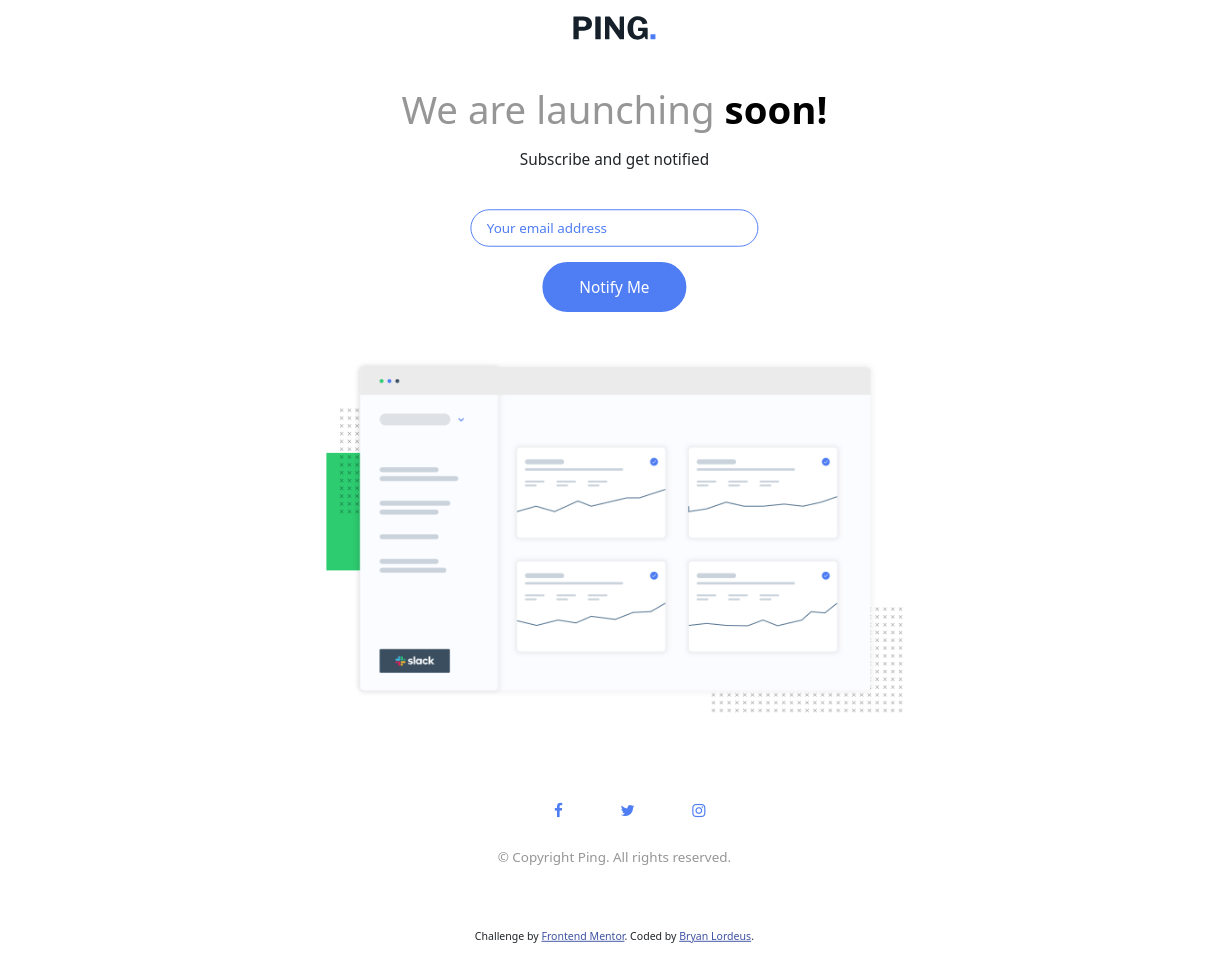
Repository: blordeus/ping-coming-soon-page-master
Page: index.html
These files come from the project's save history. The page is drawn as it stood at one moment and after a run of saves; the edit follows.
The browser window is 1280 px wide. The pictures show the whole page, at 96% of full size.
The style sheet was rebuilt from its Sass, Less or Tailwind sources for each picture, by a compiler version that may differ from the author's.

Above is the page before, as saved 2023-08-31 12:31:07.

### index.html
<!DOCTYPE html>
<html lang="en">
<head>
  <meta charset="UTF-8">
  <meta name="viewport" content="width=device-width, initial-scale=1.0"> <!-- displays site properly based on user's device -->

  <link rel="icon" type="image/png" sizes="32x32" href="./images/favicon-32x32.png">
  <link rel="stylesheet" href="style.css">
  <link href="https://cdn.jsdelivr.net/npm/bootstrap@5.3.1/dist/css/bootstrap.min.css" rel="stylesheet" integrity="sha384-4bw+/aepP/YC94hEpVNVgiZdgIC5+VKNBQNGCHeKRQN+PtmoHDEXuppvnDJzQIu9" crossorigin="anonymous">
  <link rel="stylesheet" href="https://maxcdn.bootstrapcdn.com/font-awesome/4.7.0/css/font-awesome.min.css">

  <title>Frontend Mentor | Ping coming soon page</title>


</head>
<body>
  <main class="text-center my-3 mx-4">
    <header>
      <img class="mb-5" src="./images/logo.svg" alt="logo">
    </header>

    <section>
      <h1 class="gray-color">We are launching <strong class="text-black">soon!</strong></h1>
      <p class="mt-3 mb-4">Subscribe and get notified</p>
    </section>

    <form action="#" class="pt-3">
        <input
        class="rounded-pill px-3"
        type="email"
        placeholder="Your email address"
        id="email"
        autocomplete="off"
        required
        />
        <button type="submit" class="mt-3 rounded-pill text-white ">Notify Me</button>
      </form>

    <section class="showcase">
      <img src="./images/illustration-dashboard.png" alt="dashboard">
    </section>

    <div class="icons">
      <ul>
        <li><i class="fa fa-facebook" aria-hidden="true"></i></li>
        <li><i class="fa fa-twitter" aria-hidden="true"></i></li>
        <li><i class="fa fa-instagram" aria-hidden="true"></i></li>
      </ul>
    </div>

    <p class="gray-color copyright">&copy; Copyright Ping. All rights reserved.</p>

    <footer class="pt-5">
      <p class="attribution">
        Challenge by <a rel="noopener" href="https://www.frontendmentor.io?ref=challenge" target="_blank">Frontend Mentor</a>.
        Coded by <a href="#">Bryan Lordeus</a>.
      </p>
    </footer>
  </main>
  <script src="https://cdn.jsdelivr.net/npm/bootstrap@5.3.1/dist/js/bootstrap.bundle.min.js" integrity="sha384-HwwvtgBNo3bZJJLYd8oVXjrBZt8cqVSpeBNS5n7C8IVInixGAoxmnlMuBnhbgrkm" crossorigin="anonymous"></script>
</body>
</html>

### style.scss
  @import url('https://fonts.googleapis.com/css2?family=Libre+Franklin:wght@300;600;700&display=swap');

:root {
    --very-dark-blue: hsl(209, 33%, 12%);
    --dark-gray: hsl(0, 0%, 59%);
    --blue: hsl(223, 87%, 63%);
    --light-red: hsl(354, 100%, 66%);
    --pale-blue: hsl(223, 100%, 88%);
}

* {
    box-sizing: border-box;
    margin: 0;
    padding: 0;
}

body {
    font-size: 20px;
    font-family: 'Libre Franklin', sans-serif;
    min-height: 100vh;
    display: flex;
    flex-direction: column;
    justify-content: center;
    align-items: center;
}

img {
    max-width: 100%;
}

ul {
    list-style: none;
}

.heading h1 {
    font-weight: 300;
}

.heading h1 span {
    font-weight: 700;
}

form {
    width: 300px;
    margin: auto;
    display: flex;
    flex-direction: column;
    align-items: center;
    justify-content: center;
    position: relative;
}

form input {
    width: 100%;
    padding: 8px;
    font-family: inherit;
    font-size: 14px;
    color: var(--blue);
    border: 1px solid var(--blue);
    outline: none;
}

form input::placeholder {
    color: var(--blue);
}

button {
    width: 300px;
    padding: 8px;
    background-color: var(--blue);
    font-family: inherit;
    border: 2px solid var(--blue);
    transition: background-color 0.4s;
}

button:hover {
    cursor: pointer;
    background-color: transparent;
    color: var(--blue);
}

.gray-color {
    color: var(--dark-gray);
}

.showcase {
    padding: 50px 20px 80px;
}

.icons ul {
    display: flex;
    justify-content: center;
    align-items: center;
}

.icons ul li {
    margin: 0 20px;
    color: var(--blue);
    padding: 10px;
    transition: background-color 0.4s;
}

.icons ul li:hover {
    border-radius: 50%;
    background-color: var(--blue);
    color: white;
}

.copyright {
    font-size: 14px;
}

  .attribution { font-size: 11px; text-align: center; }
  .attribution a { color: hsl(228, 45%, 44%); }

  @media (min-width: 700px) {
    .heading h1 {
        font-size: 36px;
    }

    .heading form {
        width: auto;
    }

    form

    form input, button {
        width: auto;
        padding: 12px 20px;
    }

    button {
        width: 150px;
    }

    .showcase img {
        width: 600px;
    }
  }

After the next 3 saves:
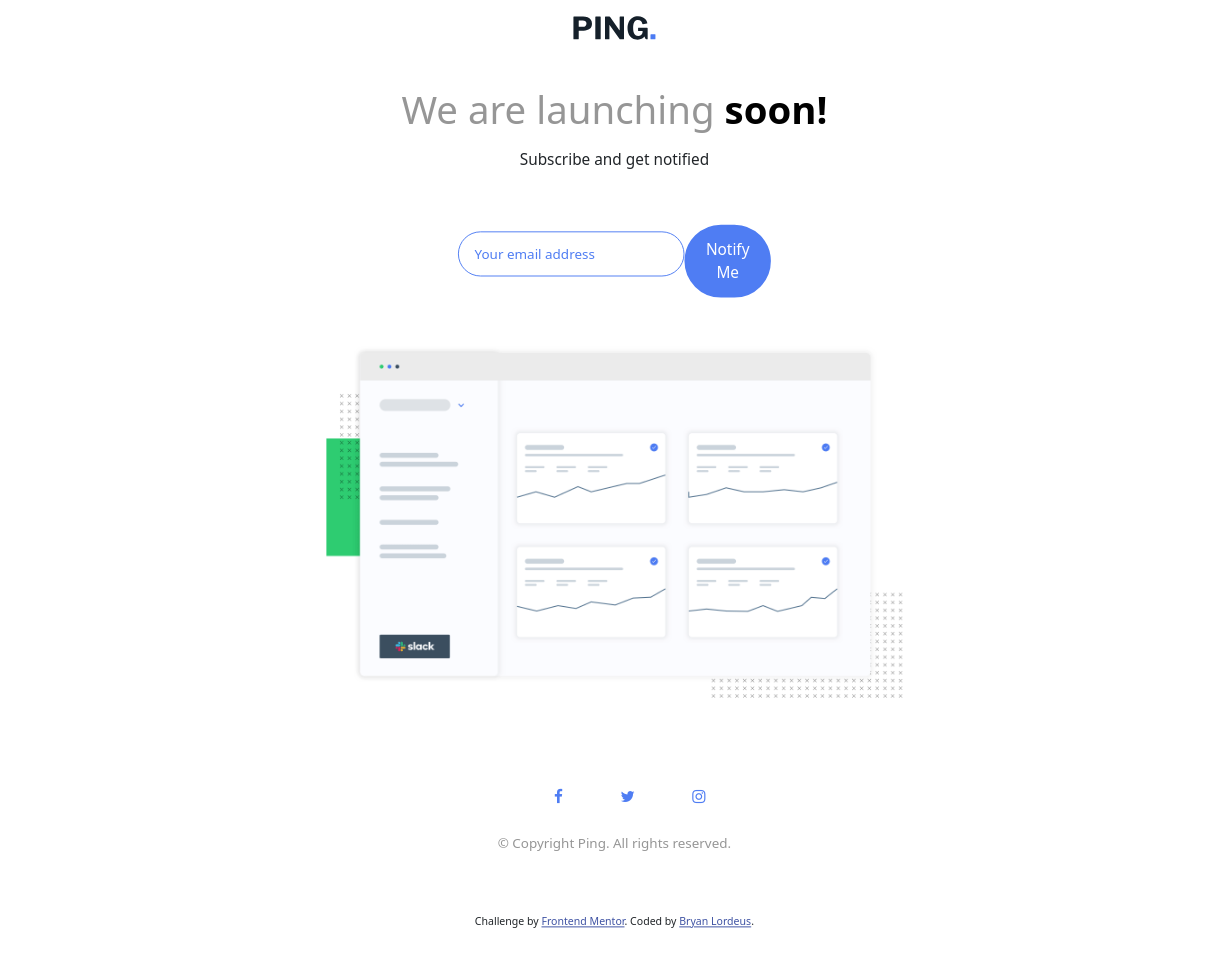
The 3 saves are shown as one change because 1 did not build or start and some came seconds apart.
The last was saved 16 s later.
--- a/style.scss
+++ b/style.scss
@@ -122,7 +122,9 @@
         width: auto;
     }
 
-    form
+    form {
+        flex-direction: row;
+    }
 
     form input, button {
         width: auto;
